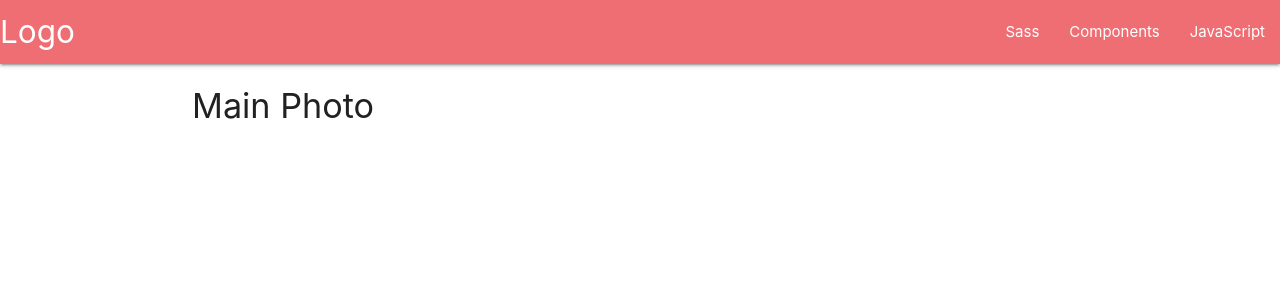
Repository: iveivs/getPhotoApi
Page: /
The author's editor kept a copy of each file at every save. The page is drawn from the files as they stood at one save, then again after the next save.
The browser window is 1280 px wide. The pictures show the whole page.
The page's requests for data from a server got no answer. The project was rebuilt for these pictures with package versions that can differ from the ones it lists, and the page was loaded fresh each time. No one was signed in, and anything a server would have sent is missing. Also part of the build but not shown: vite.config.js, src/components/HistoryPhoto.jsx, src/components/MainPhoto.css.

Above is the page before, as saved 2024-01-24 15:57:00.

### index.html
<!doctype html>
<html lang="en">
  <head>
    <meta charset="UTF-8" />
    <link rel="icon" type="image/svg+xml" href="/vite.svg" />
    <meta name="viewport" content="width=device-width, initial-scale=1.0" />
    <title>Vite + React</title>
    <link rel="stylesheet" href="https://cdnjs.cloudflare.com/ajax/libs/materialize/1.0.0/css/materialize.min.css">
  </head>
  <body>
    <div id="root"></div>
    <script type="module" src="/src/main.jsx"></script>
  </body>
</html>

### src/App.jsx
import { useState } from 'react'
import Header from './components/Header'
import MainPhoto from './components/MainPhoto'

function App() {
  const [count, setCount] = useState(0)

  return (
    <>
      <Header  />
      <MainPhoto  />
    </>
  )
}

export default App

### src/components/Header.jsx
export default function Header() {
    return (
        <nav>
            <div className="nav-wrapper">
                <a href="#" className="brand-logo">
                    Logo
                </a>
                <ul id="nav-mobile" className="right hide-on-med-and-down">
                    <li>
                        <a href="sass.html">Sass</a>
                    </li>
                    <li>
                        <a href="badges.html">Components</a>
                    </li>
                    <li>
                        <a href="collapsible.html">JavaScript</a>
                    </li>
                </ul>
            </div>
        </nav>
    );
}

### src/components/MainPhoto.jsx
import { useCallback } from "react"
import { useEffect, useState } from "react"
import HistoryPhoto from "./HistoryPhoto"
import "./MainPhoto.css"

export default function MainPhoto () {
    const ACCESS_KEY = 'ZkEfTk8JzhdpcPmsO-kjebZMh50n5vFX1zm_LYvoMV4'
    const [loading, setLoading] = useState(false)
    const [data, setData] = useState()
    const [history, setHistory] = useState([])

    const tempArrForHistory = []

    // =========================
// реализация через useCallback
    // const fetchPhoto = useCallback(async () => {
    //     try {
    //         setLoading(true);
    //     const response = await fetch(
    //         `https://api.unsplash.com/photos/random?client_id=${ACCESS_KEY}`
    //     );
    //     const data = await response.json();
    //     setData(data);
    //     tempArrForHistory.push(data)
    //     setLoading(false);
    //     localStorage.setItem('history', JSON.stringify(data) )
    //     } catch (error) {
    //         console.log(error);
    //     }
    // }, []);

    // useEffect(() => {
    //     fetchPhoto()
    // }, [fetchPhoto])
        // =========================

    // другая реализация
    useEffect( function getPhoto() {
        fetch(`https://api.unsplash.com/photos/random?client_id=${ACCESS_KEY}`)
        .then((response) => response.json)
        .then((data) => setData(data))
    },[])
    return (
        <div className="container">
            <h4>Main Photo</h4>
            {loading && <p>Loading...</p>}

            {/* реализация через useCallback
            {data && (!loading && <img src={data.urls.regular} alt="" />)} */}

            {/* <button onClick={() =>{fetchPhoto()}}>NEXT</button> */}
            {/* < HistoryPhoto tempArrForHistory={tempArrForHistory} /> */}
        </div>
    )
}












    // =============================
    // useEffect(() => {
    //     async function fetchPhoto() {
    //         setLoading(true)
    //         const response = await fetch(
    //             `https://api.unsplash.com/photos/random?client_id=${ACCESS_KEY}`
    //         );
    //         const data = await response.json();
    //         setData(data);
    //         setLoading(false)
    //         console.log('data', data);

    //     }
    //     fetchPhoto()
    // }, []);
    // =============================

Loaded but not shown: src/main.jsx (common file)

After the next save:
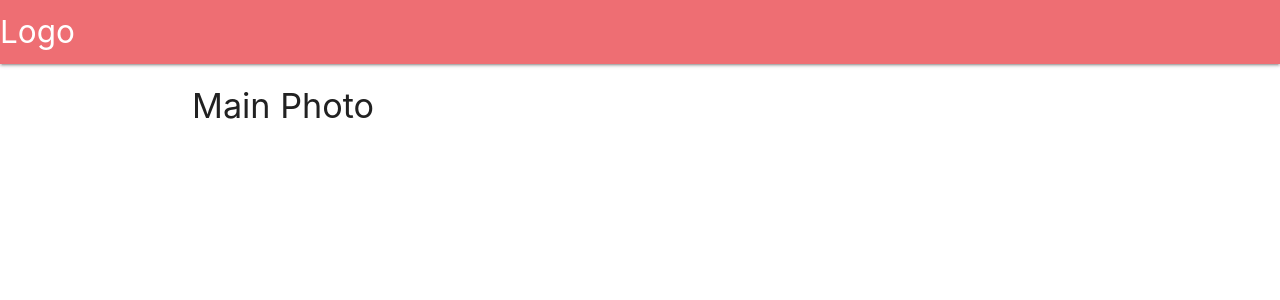
Saved 43 s later.
--- a/src/components/Header.jsx
+++ b/src/components/Header.jsx
@@ -6,7 +6,7 @@
                     Logo
                 </a>
                 <ul id="nav-mobile" className="right hide-on-med-and-down">
-                    <li>
+                    {/* <li>
                         <a href="sass.html">Sass</a>
                     </li>
                     <li>
@@ -14,7 +14,7 @@
                     </li>
                     <li>
                         <a href="collapsible.html">JavaScript</a>
-                    </li>
+                    </li> */}
                 </ul>
             </div>
         </nav>
